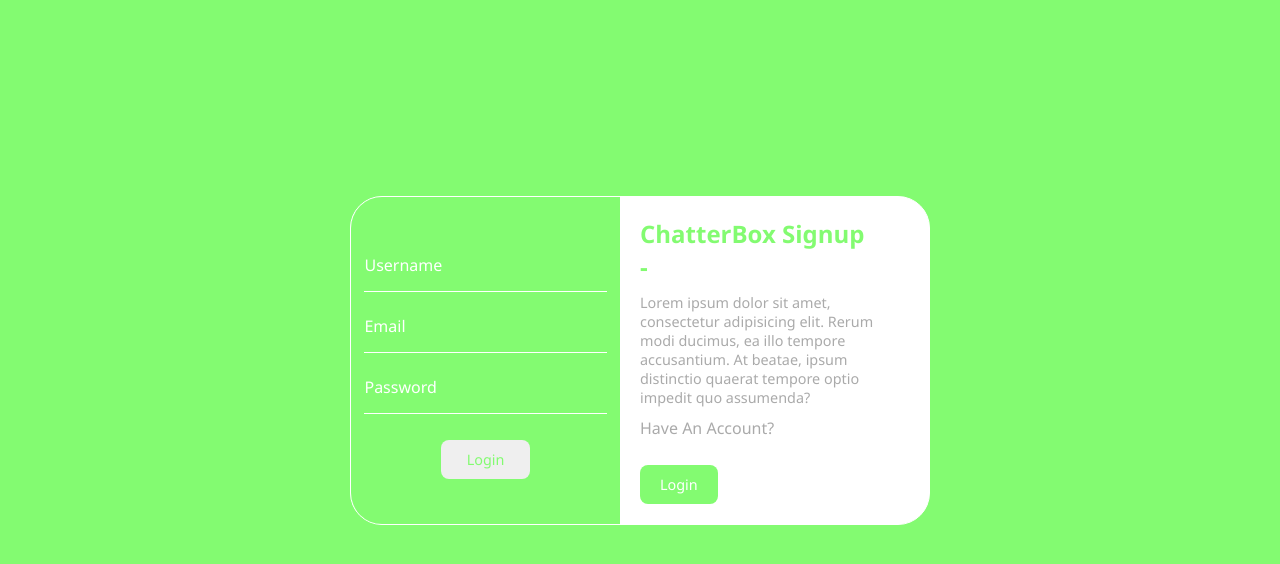
Repository: Habeebur1493/social-media-app
Page: /signup
An editor plug-in stored every save of this project. The page is shown before and after the next save, followed by the edit.
The browser window is 1280 px wide. The pictures show the whole page.
The project was rebuilt for these pictures with package versions that can differ from the ones it lists, and the page was loaded fresh each time. Also part of the build but not shown: vite.config.js, src/pages/login/login.css, src/pages/login/Login.jsx.

Above is the page before, as saved 2025-01-28 01:59:25.

### src/App.jsx
import './App.css'
import Layout from './Layout/layout'

function App() {

  return (
    <>
      <Layout />

    </>
  )
}

export default App

### src/App.css
*{
  margin: 0;
  padding: 0;
  box-sizing: border-box;
  text-align: none;
  list-style: none;
  font-family: 'Segoe UI', Tahoma, Geneva, Verdana, sans-serif;
}

:root{
  --color-primary:#83fb71;
  --text-color: black;
  --color-bg:rgb(236, 236, 236);
  --color-card: white;
  --color-soft:#aaaaaa;
  --color-border:lightgray;
  --color-red:red;
}

.container{
  max-width: 991px;
  width: 100%;
  margin: 0 auto;
}
h1,h2,h3,h4,h5{
  font-weight: 600;
  color: var(--text-color);
}
img{
  width: 100%;
  display: block;
  object-fit: cover;
}
.user{
  display: flex;
  align-items: center;
  gap: 10px;
}
.user img{
  width: 33px;
  aspect-ratio: 1/1;
  border-radius: 50%;
}
.user h4{
  color: var(--color-primary)
}
body{
  background: var(--color-bg);
  color: var(--color-soft);
}
small,p{
  color: var(--color-soft);
}
.btn{
  padding: .6rem 1.6rem;
  display: inline-block;
  width: fit-content;
  cursor: pointer;
  border-radius: .5rem;
  font-size: .9rem;
  font-weight: 500;
  transition: .3s ease;
  border: none;
}
.btn:hover{
  opacity: .7;
}
.btn-primary{
  background: var(--color-primary);
  color: white;
}

.btn-red{
  background: var(--color-red);
  color: white;
}

### src/Layout/layout.jsx
import React from 'react'

import { createBrowserRouter, RouterProvider } from 'react-router-dom'

//Pages.....
import Login from '../pages/login/Login'
import Signup from '../pages/signup/Signup'

export default function layout() {
    const router = createBrowserRouter([
        {
            path : '/login',
            element : <Login/>
        },
        {
            path : '/signup',
            element : <Signup/>
        },
    ])


    return (
        <>
            <RouterProvider router={router} />
        </>
    )
}

### src/pages/signup/Signup.jsx
import React from 'react'

import './signup.css'
import { Link } from 'react-router-dom'

export default function Signup(){

  return (
    <div className="signup">
        <div className='card'>
        <div className="left">
            <h2>ChatterBox Signup<br /> -</h2>
            <p>Lorem ipsum dolor sit amet, consectetur adipisicing elit. Rerum modi ducimus, ea illo tempore accusantium. At beatae, ipsum distinctio quaerat tempore optio impedit quo assumenda?</p>
            <span>Have An Account?</span>
            <Link to ='/login'>
                <button className='btn btn-primary'>Login</button>
            </Link>

        </div>
        <form className="right">
            <input type="text" required placeholder='username'/>
            <input type="email" required placeholder='email' />
            <input type="password" required placeholder='password'/>
            <button type='submit' className='btn'>Login</button>
        </form>
    </div>
    </div>
  )
}

### src/pages/signup/signup.css
.signup{
    background: var(--color-primary);
    height: 100vh;
    width: 100%;
    display: flex;
    align-items: center;
    justify-content: center;
}

.signup .card{
    display: flex;
    flex-direction: row-reverse;
    width: 580px;
    background: white;
    border: 1px solid white;
    border-radius: 2rem;
    overflow: hidden;
}

.signup .card .left{
    flex: 1;
    display: flex;
    flex-direction: column;
    gap: 10px;
    padding: 20px;
}

.signup h2{
    color: var(--color-primary);
}

.signup .card .left p{
    font-size: .9rem;
}
.signup .card .left button{
    padding: 10px 20px;
    border: none;
    background: var(--color-primary);
    color: white;
    cursor: pointer;
}
.signup .card span{
    color: var (--color-primary);
}

.signup .card .right{
    flex: 1;
    background: var(--color-primary);
    display: flex;
    align-items: center;
    justify-content: center;
    flex-direction: column;
    gap: 10px;
}

.signup form input{
    padding: 1rem 0;
    width: 90%;
    background: transparent;
    border: transparent;
    outline: none;
    border-bottom: 1px solid white ;
    margin: 0 auto;
    color: white;
}

.signup form input::placeholder{
    color: white;
    font-size: 1rem;
    text-transform: capitalize;
}
.signup .btn{
 color: var(--color-primary);
 margin-top: 1rem;
}

Loaded but not shown: index.html (common file); src/main.jsx (common file)

After the next save:
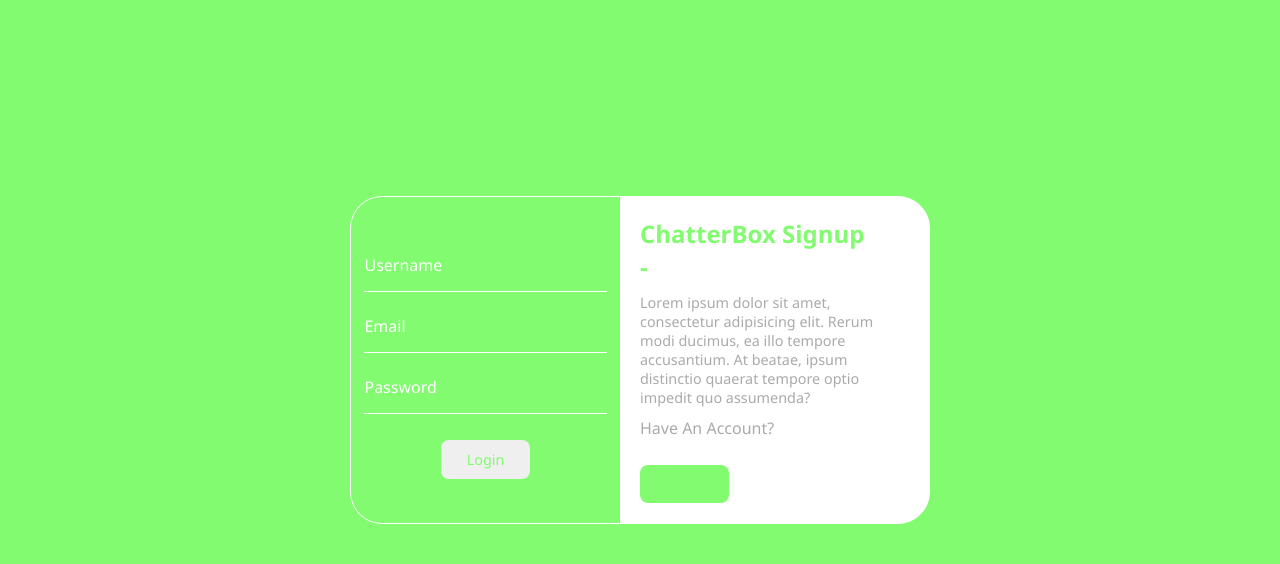
Saved 73 s later.
--- a/src/pages/signup/signup.css
+++ b/src/pages/signup/signup.css
@@ -32,13 +32,7 @@
 .signup .card .left p{
     font-size: .9rem;
 }
-.signup .card .left button{
-    padding: 10px 20px;
-    border: none;
-    background: var(--color-primary);
-    color: white;
-    cursor: pointer;
-}
+
 .signup .card span{
     color: var (--color-primary);
 }
